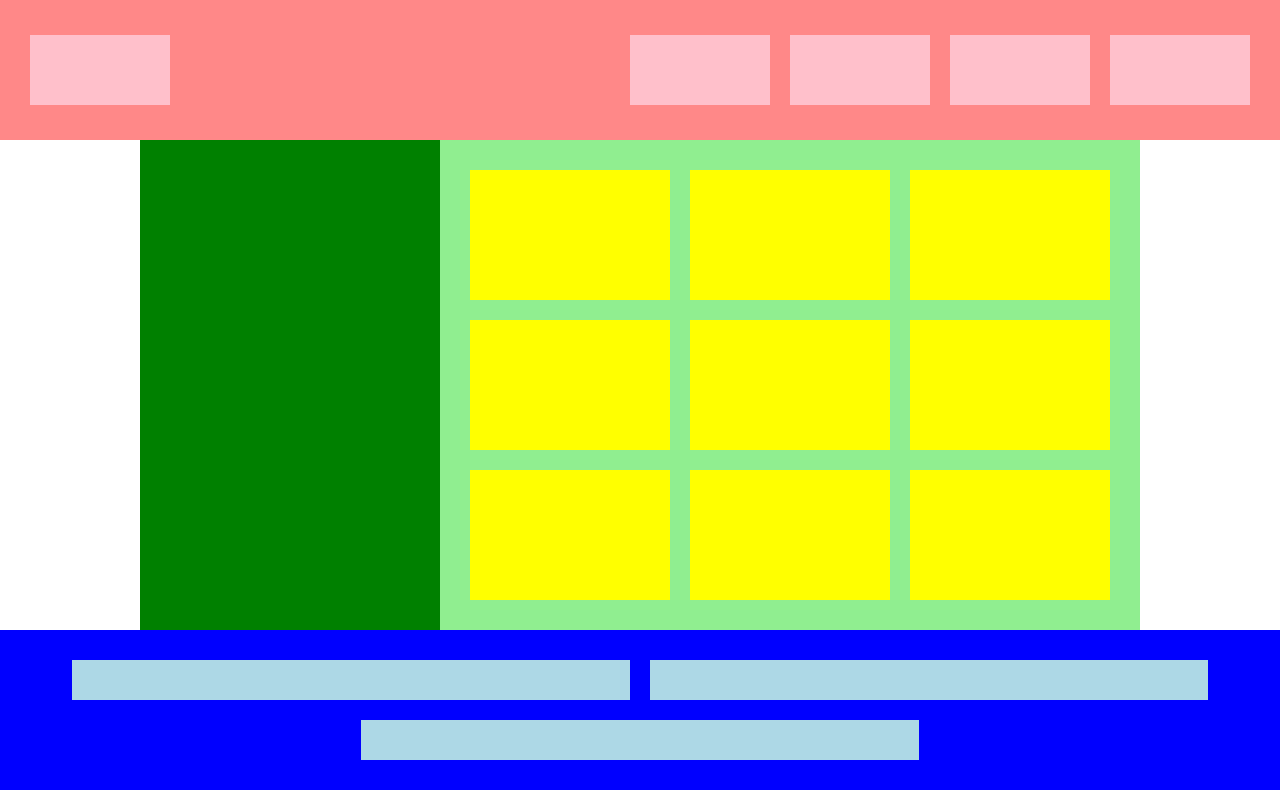
Repository: ryo32sun/Html-Practice
Page: practice/flex-box.html
The author's editor kept a record of every edit. The page is drawn from the files as they stood at one moment, then again after the next edit.
The browser window is 1280 px wide. The pictures show the whole page.

Above is the page before.

After the next edit:
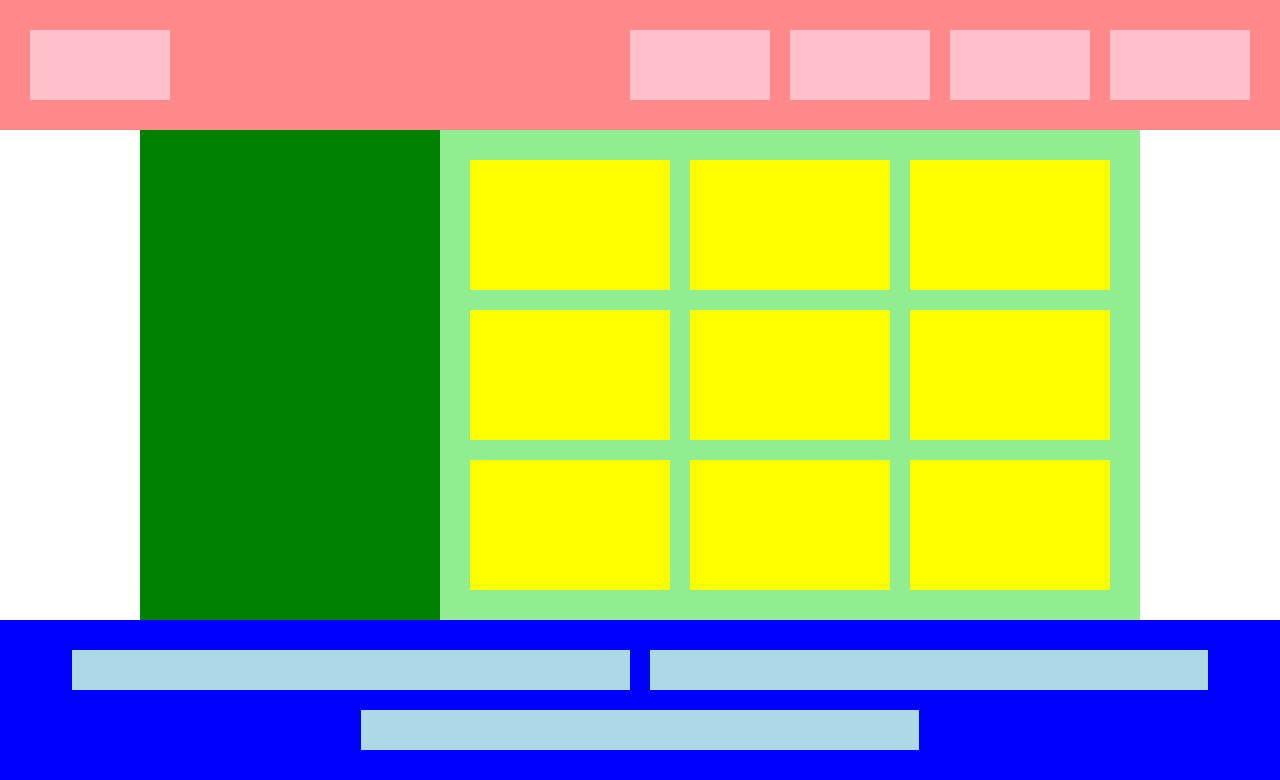
The edit:
--- a/practice/flex-box.css
+++ b/practice/flex-box.css
@@ -6,7 +6,6 @@
 
 header {
   width: 100%;
-  height: 140px;
   background-color: #ff8888;
   display: flex;
   justify-content: flex-end;
